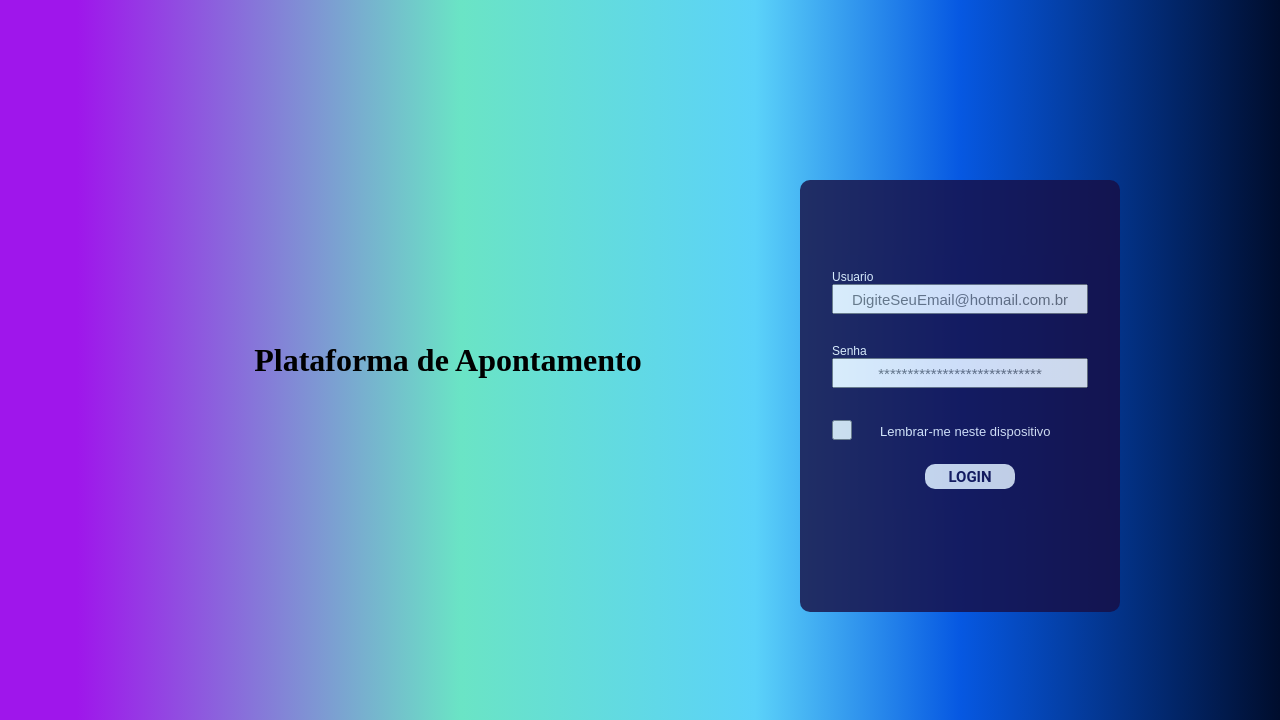
Repository: KevynMarques/Estudos-Reactjs-Firebase
Page: /
An editor plug-in stored every save of this project. The page is shown before and after a run of saves, followed by the edit.
The browser window is 1280 px wide. The pictures show the whole page.
The page's requests for data from a server got no answer. The project was rebuilt for these pictures with package versions that can differ from the ones it lists, and the page was loaded fresh each time. No one was signed in, and anything a server would have sent is missing. Also part of the build but not shown: src/Pages/Page2.jsx.

Above is the page before, as saved 2022-08-23 14:52:53.

After the next 5 saves:
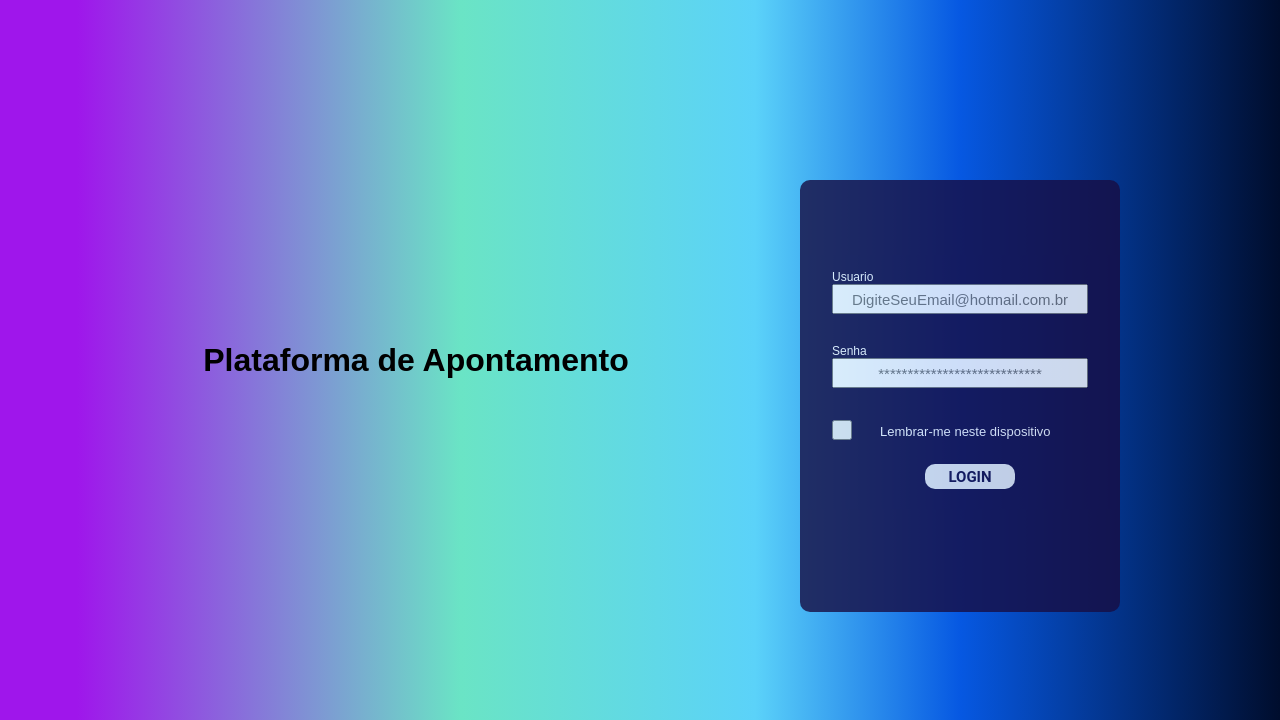
The 5 saves are shown as one change because they came seconds apart.
The last was saved 17 s later.
--- a/src/Components/Login/style.jsx
+++ b/src/Components/Login/style.jsx
@@ -12,7 +12,9 @@ height: 100vh;
 
 export const TextTittle = styled.h1`
 position: absolute;
-margin-left: -30vw;
+margin-left: -35vw;
+font-family: Arial, Helvetica, sans-serif;
+max
 
 `;
 
